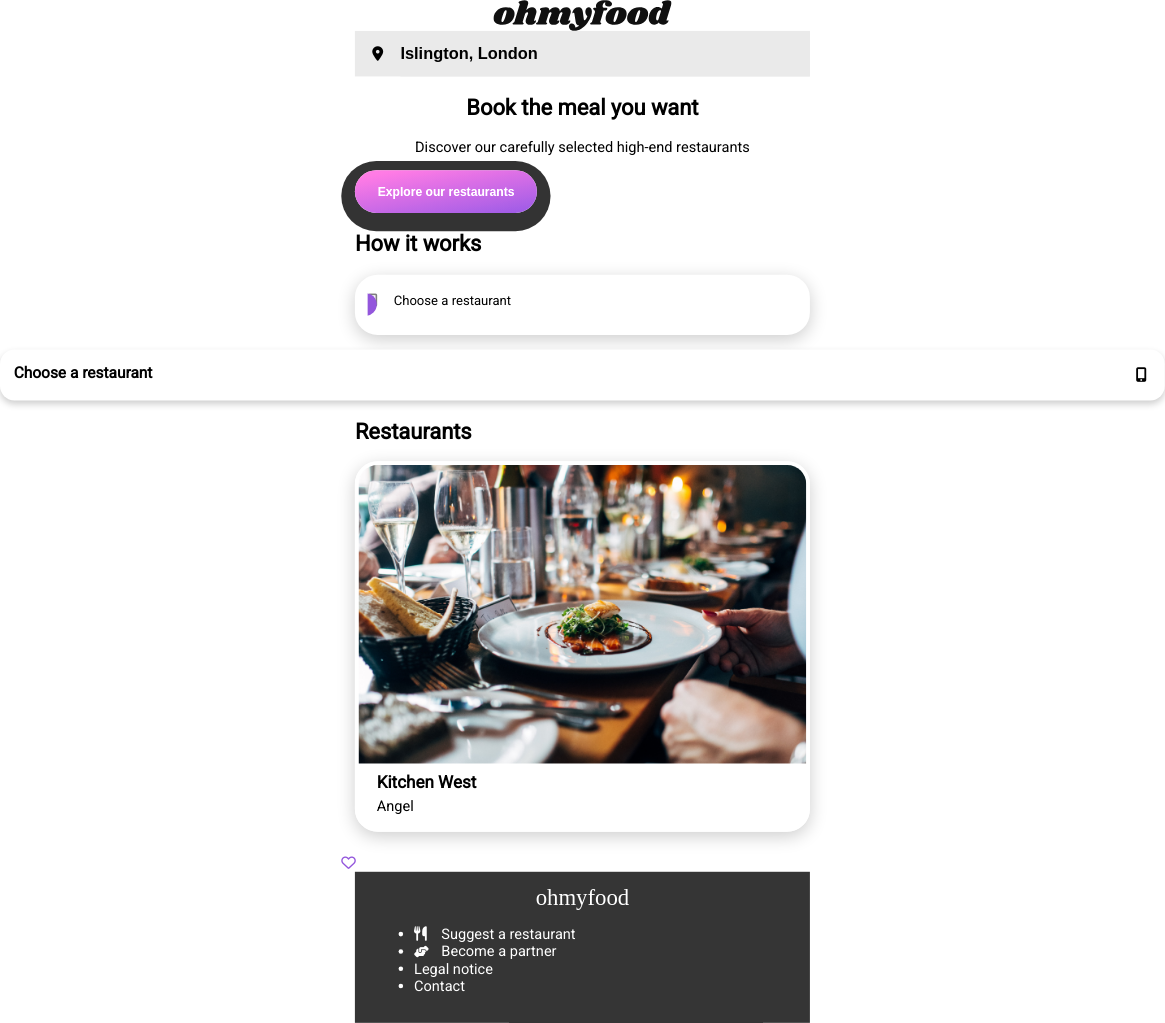
Repository: R1ptou/Project-3
Page: index.html
An editor plug-in stored every save of this project. The page is shown before and after the next save, followed by the edit.
The browser window is 1280 px wide. The pictures show the whole page, at 91% of full size.
The pointer rests on the first visible `.button-search`.
Some web fonts or font styles are not loaded; a fallback is used. The style sheet was rebuilt from its Sass, Less or Tailwind sources for each picture, by a compiler version that may differ from the author's.

Above is the page before, as saved 2024-03-25 10:22:50.

After the next save:
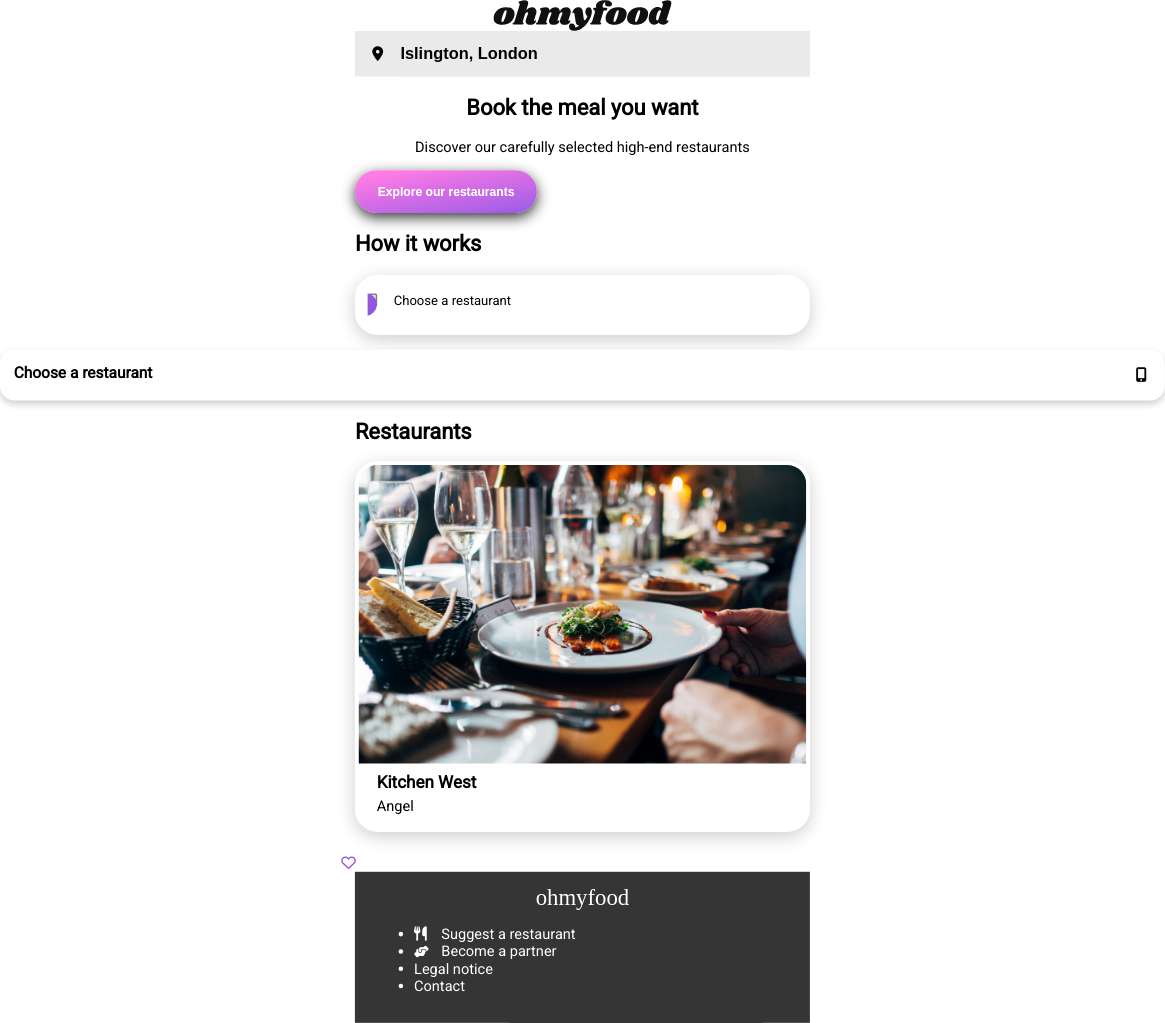
Saved 8 s later.
--- a/scss/_button.scss
+++ b/scss/_button.scss
@@ -16,6 +16,6 @@
 .button-search:hover,
 .button-search:focus {
     filter: brightness(105%);
-    box-shadow: 0 5px 0 15px rgba($color: #000000, $alpha: 0.8);
+    box-shadow: 0 5px 15px 0 rgba($color: #000000, $alpha: 0.8);
 
 }
